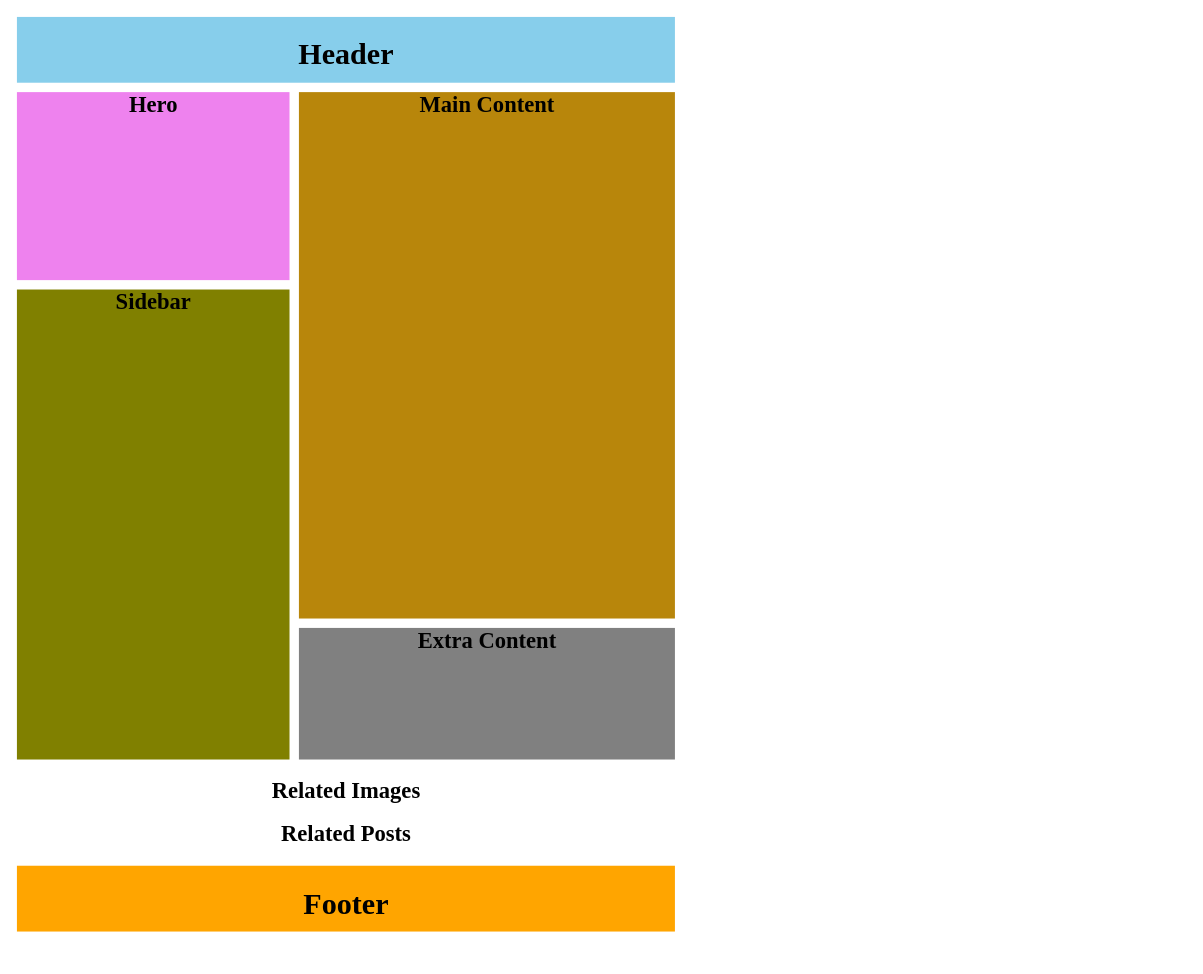
Repository: harshitanthal1/assignments_avisoft
Page: 01-02-2024/assignment_2/index.html
An editor plug-in stored every save of this project. The page is shown before and after the next save, followed by the edit.
The browser window is 1280 px wide. The pictures show the whole page, at 94% of full size.

Above is the page before, as saved 2024-02-01 18:23:35.

### 01-02-2024/assignment_2/index.html
<!DOCTYPE html>
<html lang="en">
<head>
    <meta charset="UTF-8">
    <meta name="viewport" content="width=device-width, initial-scale=1.0">
    <title>Assignment 2</title>
    <link rel="stylesheet" href="styles/styles.css" />
</head>
<body>
    <div id="main-sec">
       <div id="header"><h1>Header</h1></div>
       <div id="main">
           <div id="sec1"><h2>Hero</h2></div>
           <div id="sec2"><h2>Main Content</h2></div>
           <div id="sec3"><h2>Sidebar</h2></div>
           <div id="sec4"><h2>Extra Content</h2></div>
           <div id="sec5"><h2>Related Images</h2></div>
           <div id="sec6"><h2>Related Posts</h2></div>
       </div>
       <div id="footer"><h1>Footer</h1></div>
    </div>
</body>
</html>

### 01-02-2024/assignment_2/styles/styles.css
#main-sec {
    display: flex;
    width: 700px;
    height: 1000px;

    flex-direction: column;
    text-align: center;
    padding: 10px;
}

#header {
    background-color: skyblue;
    width: 700px;
    height: 70px;
    margin-bottom: -10px;

}

#sec1 {
    background-color: violet;
    width: 290px;
    height: 200px;
    margin-right: 10px;
}

#sec2 {
    background-color: darkgoldenrod;
    width: 400px;
    height: 560px;
    margin-left: 300px;
    margin-top: -220px;
}

#sec3 {
    background-color: olive;
    width: 290px;
    height: 500px;
    margin-top: -370px;
}

#sec4 {
    background-color: grey;
    width: 400px;
    height: 140px;
    margin-left: 300px;
    margin-top: -160px;
}

#sec5 {

}

#footer {
    background-color: orange;
    width: 700px;
    height: 70px;

}

After the next save:
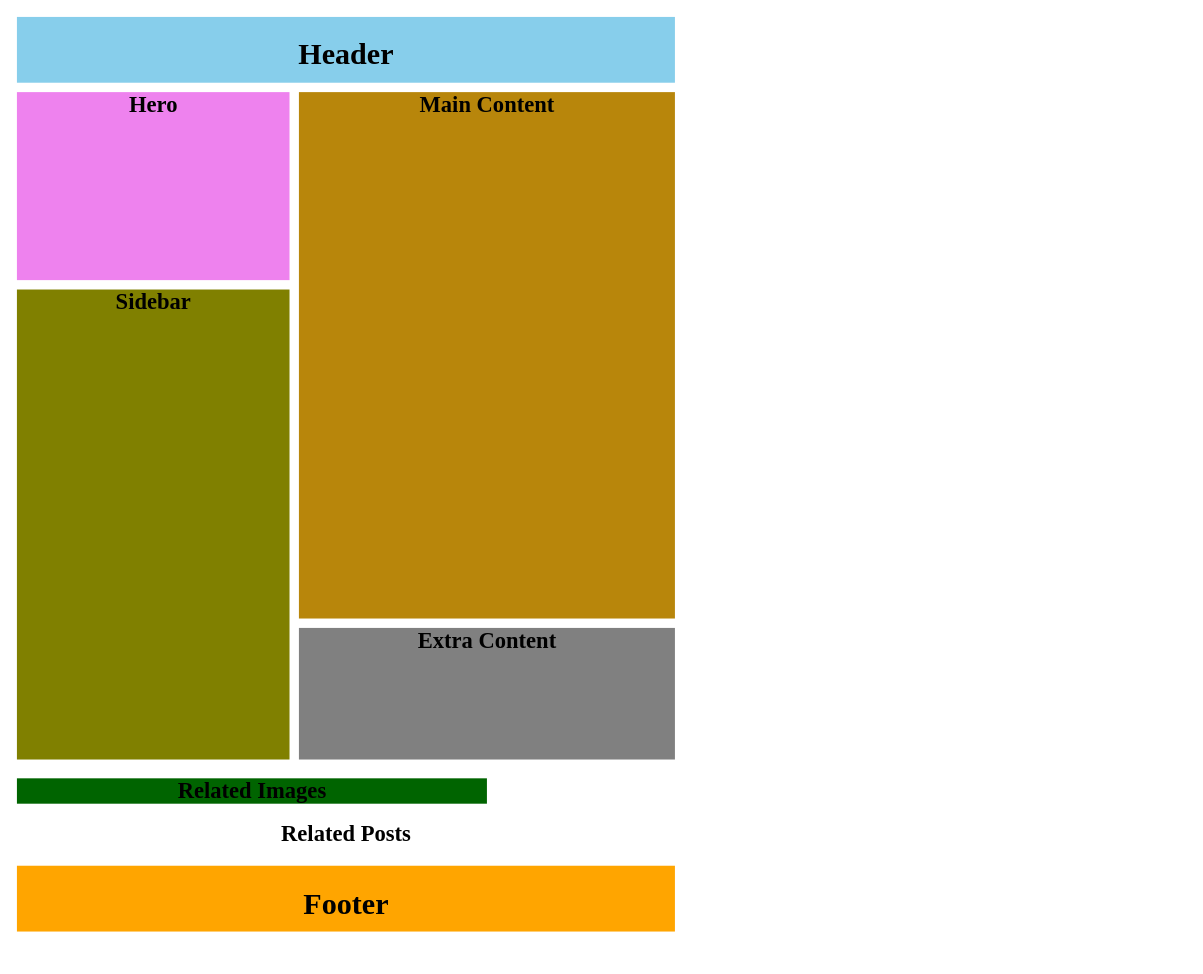
Saved 68 s later.
--- a/01-02-2024/assignment_2/styles/styles.css
+++ b/01-02-2024/assignment_2/styles/styles.css
@@ -47,7 +47,8 @@
 }
 
 #sec5 {
-
+    background-color: darkgreen;
+    width: 500px;
 }
 
 #footer {
